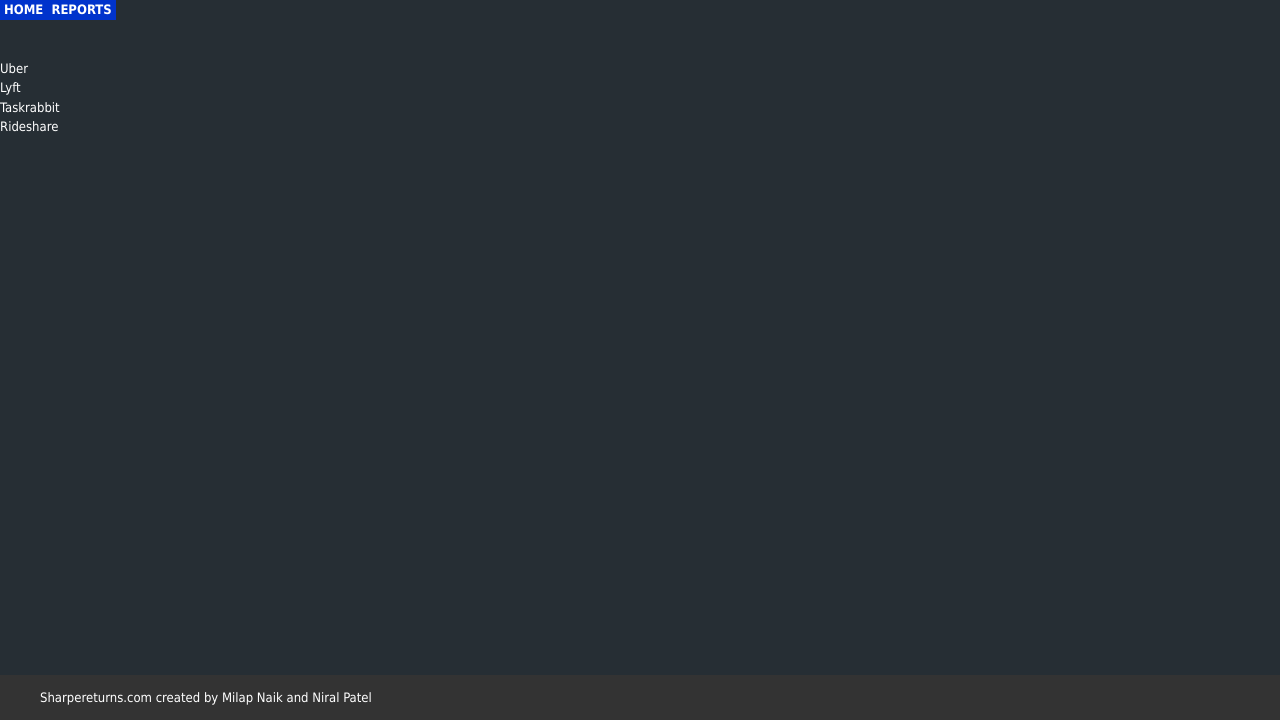
Repository: MilapNaik/Sharpereturns
Page: share.html
The author's editor kept a record of every edit. The page is drawn from the files as they stood at one moment, then again after the next edit.
The browser window is 1280 px wide. The pictures show the whole page.

Above is the page before.

### share.html
<!DOCTYPE html>
<html>
<head>
<meta charset="UTF-8">

	<title>BSE Review</title>

	<link rel="stylesheet" type="text/css" href="style.css"/>

	<!--[if lt IE 9]>
  	<script src="http://html5shiv.googlecode.com/svn/trunk/html5.js"></script>
  	<![endif]-->
</head>
<body>
	<nav>
	<ul>
		<li><a href="/index.html">Home</a></li>
		<li><a href="/reports.html">Reports</a></li>
	</ul>
	</nav>

	<br>
	<br>

	<section>
	Uber<br>
	Lyft<br>
	Taskrabbit<br>
	Rideshare<br>
	</section>


</body>
<footer>
	<p>Sharpereturns.com created by Milap Naik and Niral Patel</p>
</footer>
</html>

### style.css
header, footer, aside, nav, main, article, figure {
    display: block;
}

body {
    margin: 0;
    padding: 0;
    color: #FFFFFF;
    font-family: Tahoma, Geneva, sans-serif;
    font-size: 13px;
    line-height: 1.5em;
    background-color: #262e34;

}
nav ul {
    list-style-type: none;
    margin: 0;
    padding: 0;
    overflow: hidden;
    width: 900px;

}
nav ul li {
    list-style-type: none;
    display: inline;
    float: left;
}

nav a:link, a:visited {
    /*display: block;*/
    width: 135px;
    font-weight: bold;
    color: #FFFFFF;
    background-color: #0033CC;
    text-align: center;
    padding: 4px;
    text-decoration: none;
    text-transform: uppercase;
}

h3{
   font-weight:bold;
}

h5{
   font-style: italic;
}

p{
    margin-left: 40px;
}

#holders {/*Table in reports*/
width:70%;
margin-left:15%;
margin-right:15%;
}

section a:link, a:visited { /*group of links in index & share*/
    display: block;
    width: 130px;
    color: #FFFFFF;
    background-color: #000000;
    text-align: center;
    border: 2px black;
    border-radius: 20px;
    text-decoration: none;
}


footer {
    background-color: #333;
    width: 100%;
    bottom: 0;
    position: fixed;
}

.date{
    position: absolute;
    right: 0px;
    bottom: 0px;
}

After the next edit:
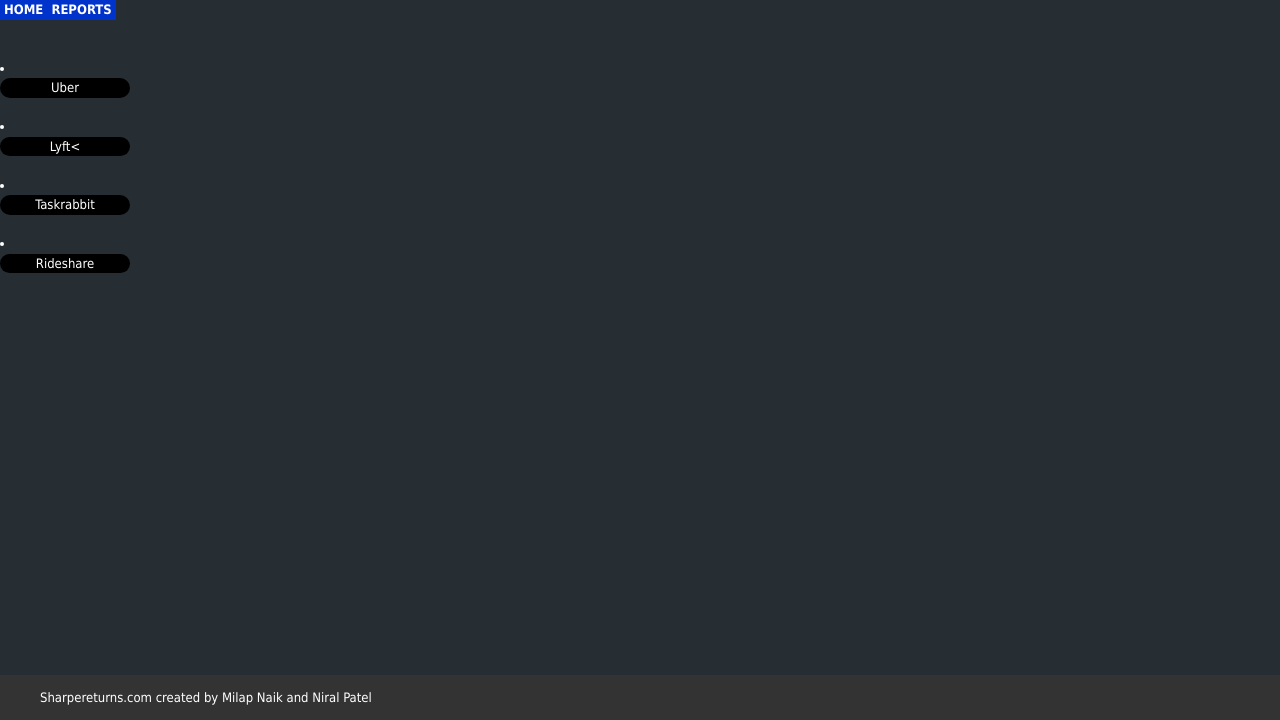
The edit:
--- a/share.html
+++ b/share.html
@@ -23,10 +23,10 @@
 	<br>
 
 	<section>
-	Uber<br>
-	Lyft<br>
-	Taskrabbit<br>
-	Rideshare<br>
+	<li><a href="">Uber</a></li><br>
+	<li><a href="">Lyft<</a></li><br>
+	<li><a href="">Taskrabbit</a></li><br>
+	<li><a href="">Rideshare</a></li><br>
 	</section>
 
 
